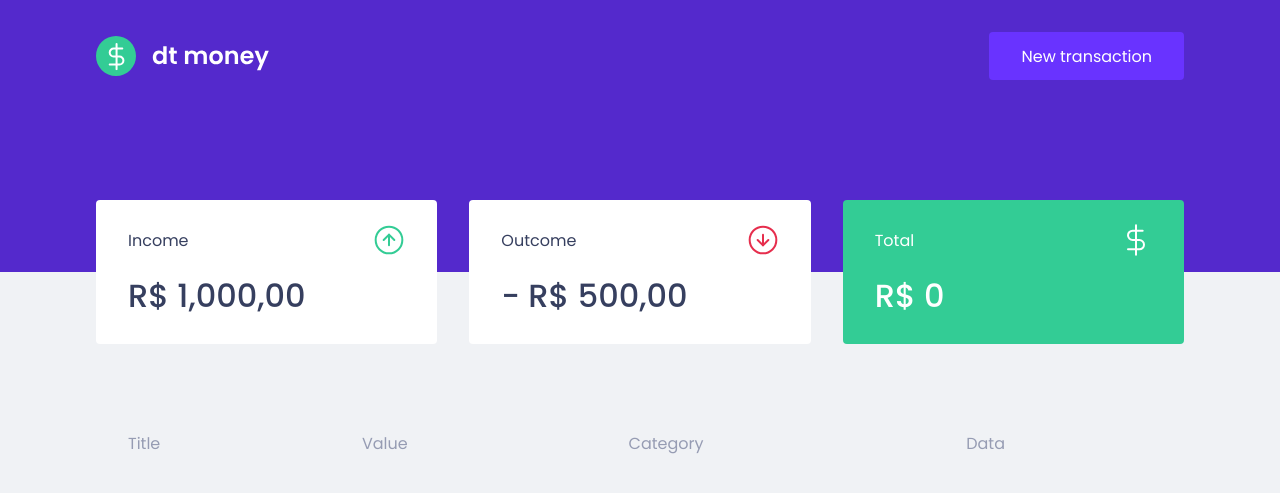
Repository: JoseGu1llardi/dtmoney
Page: /
An editor plug-in stored every save of this project. The page is shown before and after the next save, followed by the edit.
The browser window is 1280 px wide. The pictures show the whole page.
The page's requests for data from a server got no answer. The project was rebuilt for these pictures with package versions that can differ from the ones it lists, and the page was loaded fresh each time. No one was signed in, and anything a server would have sent is missing.

Above is the page before, as saved 2023-01-08 19:30:52.

After the next save:
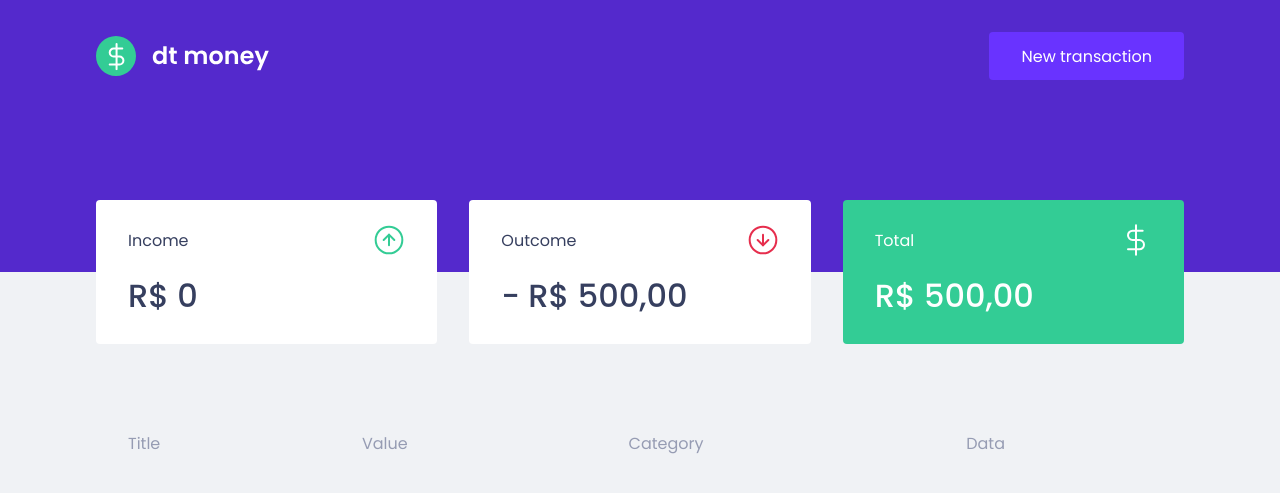
Saved 98 s later.
--- a/src/components/Summary/index.tsx
+++ b/src/components/Summary/index.tsx
@@ -26,7 +26,7 @@ export function Summary() {
                     <p>Income</p>
                     <img src={incomeImg} alt="Logo income" />
                 </header>
-                <strong>R$ 1,000,00</strong>
+                <strong>R$ {totalDeposits}</strong>
             </div>
 
             <div>
@@ -42,7 +42,7 @@ export function Summary() {
                     <p>Total</p>
                     <img src={totalImg} alt="Logo total" />
                 </header>
-                <strong>R$ {totalDeposits}</strong>
+                <strong>R$ 500,00</strong>
             </div>
         </Container>
     )
